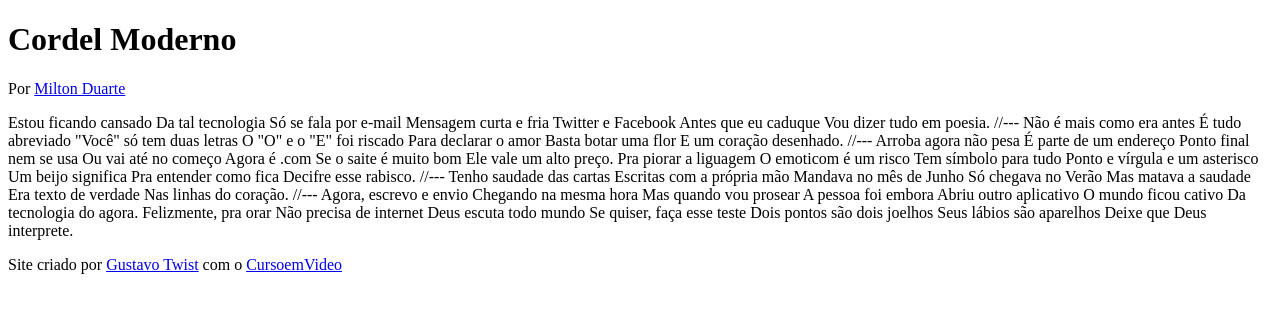
Repository: gustavotwist/projeto-cordel
Page: index.html
These files come from the project's save history. The page is drawn as it stood at one moment and after a run of saves; the edit follows.
The browser window is 1280 px wide. The pictures show the whole page.

Above is the page before, as saved 2024-04-15 21:30:04.

### index.html
<!DOCTYPE html>
<html lang="pt-br">
<head>
    <meta charset="UTF-8">
    <meta name="viewport" content="width=device-width, initial-scale=1.0">
    <title>Cordel Moderno</title>
</head>
<body>
    <header>
        <h1>
            Cordel Moderno
        </h1>
        <p>
            Por <a href="https://www.recantodasletras.com.br/poesias/3186743" target="_blank">Milton Duarte</a>
        </p>
    </header>

    Estou ficando cansado
    Da tal tecnologia
    Só se fala por e-mail
    Mensagem curta e fria
    Twitter e Facebook
    Antes que eu caduque
    Vou dizer tudo em poesia.

    //---

    Não é mais como era antes
    É tudo abreviado
    "Você" só tem duas letras
    O "O" e o "E" foi riscado
    Para declarar o amor
    Basta botar uma flor
    E um coração desenhado.

    //---

    Arroba agora não pesa
    É parte de um endereço
    Ponto final nem se usa
    Ou vai até no começo
    Agora é .com
    Se o saite é muito bom
    Ele vale um alto preço.

    Pra piorar a liguagem
    O emoticom é um risco
    Tem símbolo para tudo
    Ponto e vírgula e um asterisco
    Um beijo significa
    Pra entender como fica
    Decifre esse rabisco.

    //---

    Tenho saudade das cartas
    Escritas com a própria mão
    Mandava no mês de Junho
    Só chegava no Verão
    Mas matava a saudade
    Era texto de verdade
    Nas linhas do coração.

    //---

    Agora, escrevo e envio
    Chegando na mesma hora
    Mas quando vou prosear
    A pessoa foi embora
    Abriu outro aplicativo
    O mundo ficou cativo
    Da tecnologia do agora.

    Felizmente, pra orar
    Não precisa de internet
    Deus escuta todo mundo
    Se quiser, faça esse teste
    Dois pontos são dois joelhos
    Seus lábios são aparelhos
    Deixe que Deus interprete.

    <footer>
        <p>Site criado por <a href="https://github.com/gustavotwist" target="_blank">Gustavo Twist</a> com o <a href="https://www.cursoemvideo.com" target="_blank">CursoemVideo</a></p>
    </footer>
</body>
</html>

After the next 2 saves:
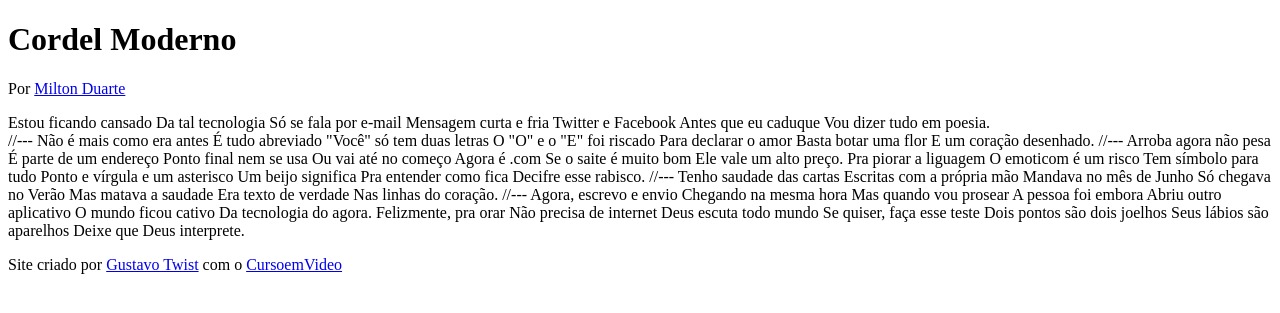
The 2 saves are shown as one change because they came seconds apart.
The last was saved 71 s later.
--- a/index.html
+++ b/index.html
@@ -15,13 +15,15 @@
         </p>
     </header>
 
-    Estou ficando cansado
-    Da tal tecnologia
-    Só se fala por e-mail
-    Mensagem curta e fria
-    Twitter e Facebook
-    Antes que eu caduque
-    Vou dizer tudo em poesia.
+    <section>
+        Estou ficando cansado
+        Da tal tecnologia
+        Só se fala por e-mail
+        Mensagem curta e fria
+        Twitter e Facebook
+        Antes que eu caduque
+        Vou dizer tudo em poesia.
+    </section>
 
     //---
 
